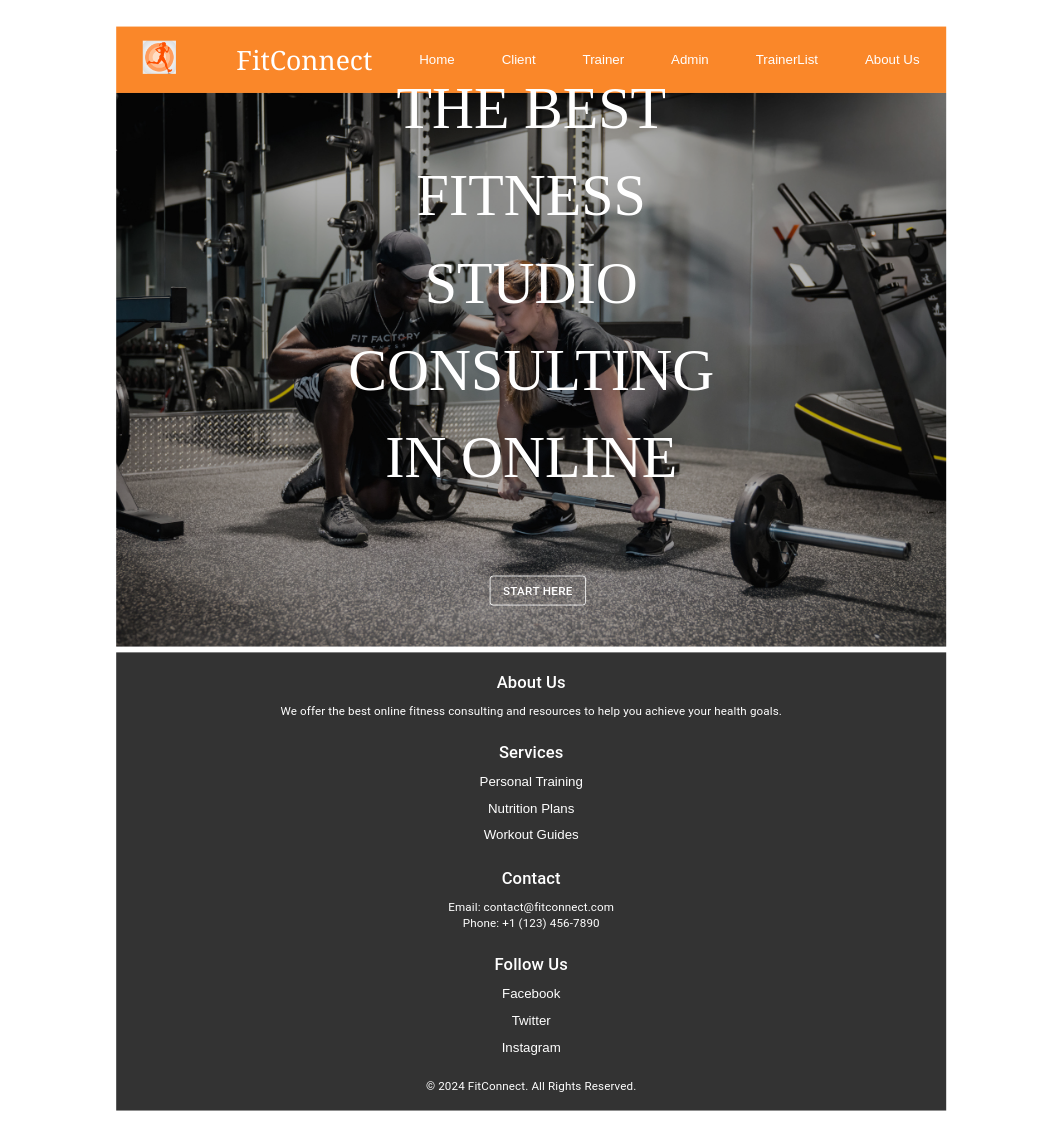
Repository: sarathraj2002/fitconnect
Page: / (app in Frontend/)
An editor plug-in stored every save of this project. The page is shown before and after a run of saves, followed by the edit.
The browser window is 1280 px wide. The pictures show the whole page, at 83% of full size.
The project was rebuilt for these pictures with package versions that can differ from the ones it lists, and the page was loaded fresh each time. Also part of the build but not shown: Frontend/vite.config.js, Frontend/src/components/ClientPage.jsx, Frontend/src/components/TrainerPage.jsx, Frontend/src/components/AdminPage.jsx, Frontend/src/components/TrainerListPage.jsx, Frontend/src/components/AboutUs.jsx, Frontend/src/components/ClientRegister.css, Frontend/src/components/ClientRegister.jsx and 1 more.

Above is the page before, as saved 2024-11-11 23:37:57.

### Frontend/index.html
<!doctype html>
<html lang="en">
  <head>
    <meta charset="UTF-8" />
    <link rel="icon" type="image/svg+xml" href="/vite.svg" />
    <meta name="viewport" content="width=device-width, initial-scale=1.0" />
    <title>FitConnect</title>
  </head>
  <body>
    <div id="root"></div>
    <script type="module" src="/src/main.jsx"></script>
  </body>
</html>

### Frontend/src/App.jsx
import React from 'react';
import { useState } from 'react'
import './App.css'
import { Route, Routes } from 'react-router-dom';
import NavBar from './components/NavBar';
import ClientPage from './components/ClientPage';
import TrainerPage from './components/TrainerPage';
import AdminPage from './components/AdminPage';
import TrainerListPage from './components/TrainerListPage';
import AboutUs from './components/AboutUs.jsx';
import Home from './components/Home.jsx';
import ClientRegister from './components/ClientRegister.jsx';
import Blog from './components/Blog.jsx';

function App() {
  const [count, setCount] = useState(0)

  return (
    <>


      <NavBar />
      <Routes>
        <Route path="/" element={<Home />}></Route>
        <Route path="/client" element={<ClientPage />}></Route>
        <Route path="/trainer" element={<TrainerPage />} ></Route>
        <Route path="/admin" element={<AdminPage />}></Route>
        <Route path="/trainerlist" element={<TrainerListPage />}></Route>
        <Route path="/about" element={<AboutUs />}></Route>
        <Route path="/register" element={<ClientRegister />}></Route>
        <Route path="/starthere" element={<Blog/>}></Route>
      </Routes>



    </>
  )
}

export default App

### Frontend/src/components/Navbar.jsx
import React from 'react';
import { Link } from 'react-router-dom';
import './navbar.css';
import { assets } from '../assets/assets';
const Navbar = () => {
  return (
     <nav className="navbar">
    {/* Logo */}
    <div className="navbar-logo">
      <img src={assets.logo} alt="Logo" />
    </div>
    <div className='head'>
      FitConnect
    </div>


        <Link to="/" style={{textDecoration:'none',color:'white'}}>Home</Link>
        <Link to="/client" style={{textDecoration:'none',color:'white'}}>Client</Link>
        <Link to="/trainer" style={{textDecoration:'none',color:'white'}}>Trainer</Link>
        <Link to="/admin" style={{textDecoration:'none',color:'white'}}>Admin</Link>
        <Link to="/trainerlist" style={{textDecoration:'none',color:'white'}}>TrainerList</Link>
        <Link to="/about" style={{textDecoration:'none',color:'white'}}>About Us</Link>

    </nav>
  );
};

export default Navbar;

### Frontend/src/components/Home.jsx
import React from 'react'
import { assets } from '../assets/assets'
import Button from '@mui/material/Button';
import { Stack } from '@mui/material';
import { Link } from 'react-router-dom';
import Footer from './Footer';

const Home = () => {
  return (

    <>

    <div className='img' style={{ position: 'relative', textAlign: 'center' }}>

    <img
      style={{  width: '100%',filter: 'brightness(70%)' }}
      src={assets.head1}
      alt=""
    />
    <p
      style={{
        position: 'absolute',
        top: '50%',
        left: '50%',
        transform: 'translate(-50%, -50%)',
        color: 'white',
        fontSize: '70px',

        fontFamily:'fantasy'
      }}
    >
      THE BEST FITNESS STUDIO CONSULTING IN ONLINE
      <Stack spacing={2} direction="row" alignItems="center"
      justifyContent="center"
      style={{ height: '30vh' }} >

      <Link to="/starthere" style={{ textDecoration: 'none' }}></Link>
      <Button variant="outlined" sx={{ color: 'white', borderColor: 'white' }}>START HERE</Button>
    </Stack>

    </p>




    </div>
    <Footer />
    </>
  )
}

export default Home;

### Frontend/src/components/Navbar.css
* {
  margin: 0;
  padding: 0;
  box-sizing: border-box;
}

body {
  font-family: Arial, sans-serif;
}

.navbar {
  display: flex;
  align-items: center;
  justify-content: space-between;
  background-color: #fa8729;
  padding: 1rem 2rem;
  color: white;
  width: 100%;
}

.navbar-logo img {
  height: 40px;
  width: auto;
}

.head {
  font-size: xx-large;
  font-family: Georgia, 'Times New Roman', Times, serif;
  color: white;
  margin-left: 1rem;
}

.navbar-links {
  display: flex;
  gap: 1.5rem;
  list-style: none;
  margin-left: auto; /* Align links to the right */
}

.navbar-links a {
  text-decoration: none;
  color: white;
  font-size: 1rem;
  transition: color 0.3s ease;
}

.navbar-links a:hover {
  color: #ec7819;
}

.navbar-toggle {
  display: none;
  font-size: 1.5rem;
  color: white;
  cursor: pointer;
}

/* Mobile view adjustments */
@media (max-width: 768px) {
  .navbar {
      flex-direction: column;
      align-items: flex-start;
  }

  .navbar-links {
      display: none;
      flex-direction: column;
      width: 100%;
      background-color: #fa8729;
      position: absolute;
      top: 100%;
      left: 0;
      padding: 1rem 2rem;
      border-radius: 0;
  }

  .navbar-links.open {
      display: flex;
  }

  .navbar-toggle {
      display: block;
  }

  .head {
      margin-left: 0;
      margin-bottom: 1rem;
  }
}

### Frontend/src/assets/assets.js
import logo from './logo.png';
import head1 from './head1.png'

export const assets={
    logo,
    head1
};

### Frontend/src/components/Footer.jsx

import React from 'react';
import { Box, Typography, Link, Stack } from '@mui/material';

const Footer = () => {
  return (
    <Box
      component="footer"
      sx={{
        backgroundColor: '#333',
        color: 'white',
        padding: '20px 0',
        textAlign: 'center',
        mt: 0
      }}
    >
      <Stack
        direction={{ xs: 'column' }}
        spacing={3}
        justifyContent="center"
        alignItems="center"
      >

        <Box>
          <Typography variant="h6">About Us</Typography>
          <Typography variant="body2" sx={{ mt: 1 }}>
            We offer the best online fitness consulting and resources to help you achieve your health goals.
          </Typography>
        </Box>


        <Box>
          <Typography variant="h6">Services</Typography>
          <Link href="/services" color="inherit" underline="none" sx={{ display: 'block', mt: 1 }}>
            Personal Training
          </Link>
          <Link href="/services" color="inherit" underline="none" sx={{ display: 'block', mt: 1 }}>
            Nutrition Plans
          </Link>
          <Link href="/services" color="inherit" underline="none" sx={{ display: 'block', mt: 1 }}>
            Workout Guides
          </Link>
        </Box>


        <Box>
          <Typography variant="h6">Contact</Typography>
          <Typography variant="body2" sx={{ mt: 1 }}>Email: contact@fitconnect.com</Typography>
          <Typography variant="body2">Phone: +1 (123) 456-7890</Typography>
        </Box>


        <Box>
          <Typography variant="h6">Follow Us</Typography>
          <Link href="https://facebook.com" color="inherit" underline="none" sx={{ display: 'block', mt: 1 }}>
            Facebook
          </Link>
          <Link href="https://twitter.com" color="inherit" underline="none" sx={{ display: 'block', mt: 1 }}>
            Twitter
          </Link>
          <Link href="https://instagram.com" color="inherit" underline="none" sx={{ display: 'block', mt: 1 }}>
            Instagram
          </Link>
        </Box>
      </Stack>


      <Typography variant="body2" sx={{ mt: 3 }}>
        &copy; {new Date().getFullYear()} FitConnect. All Rights Reserved.
      </Typography>
    </Box>
  );
};

export default Footer;

Loaded but not shown: Frontend/src/main.jsx (common file); Frontend/src/index.css (common file); Frontend/src/App.css (common file)

After the next 2 saves:
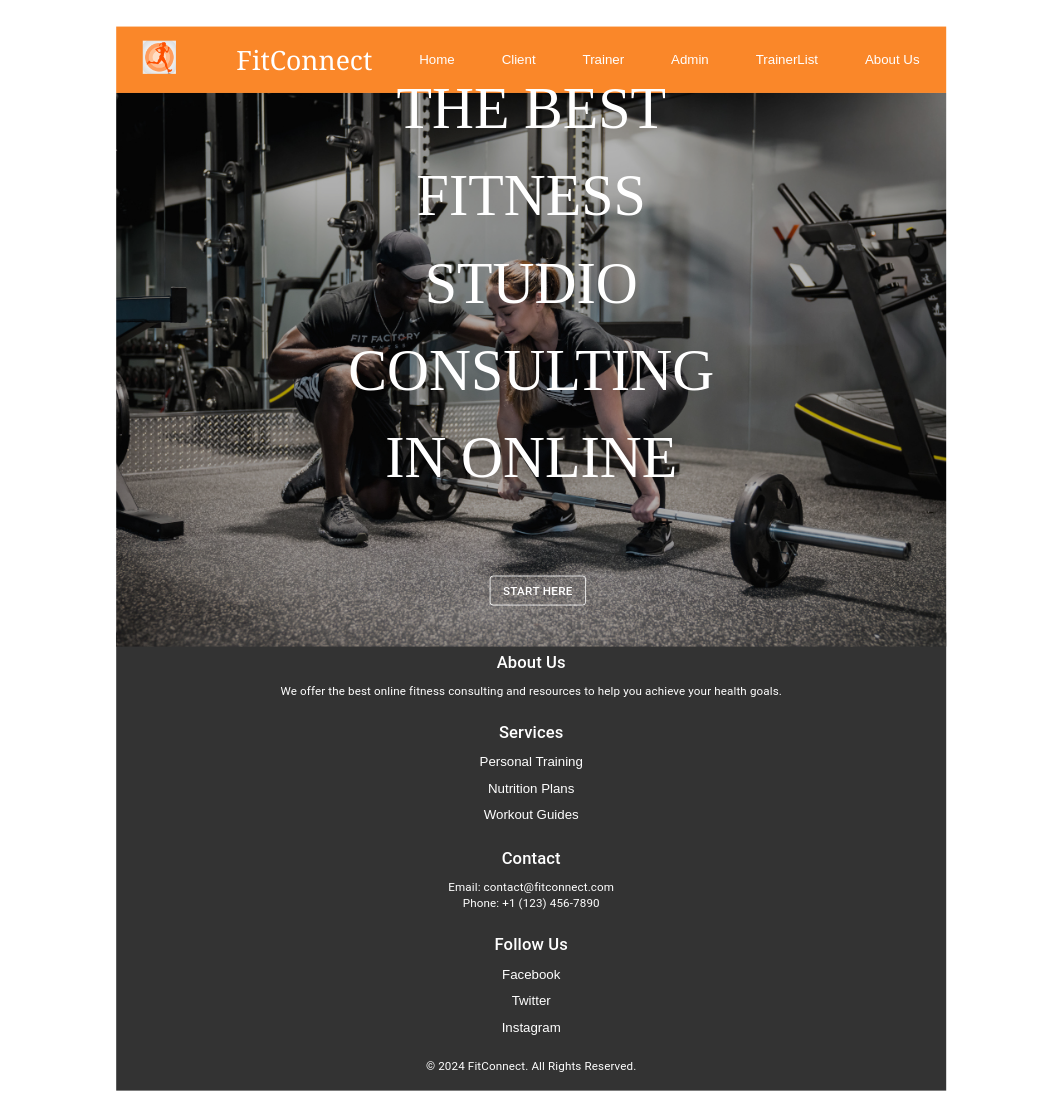
The 2 saves are shown as one change because they came seconds apart.
The last was saved 8 s later.
--- a/Frontend/src/components/Footer.jsx
+++ b/Frontend/src/components/Footer.jsx
@@ -11,7 +11,7 @@ const Footer = () => {
         color: 'white',
         padding: '20px 0',
         textAlign: 'center',
-        mt: 0
+        mt: -3
       }}
     >
       <Stack
